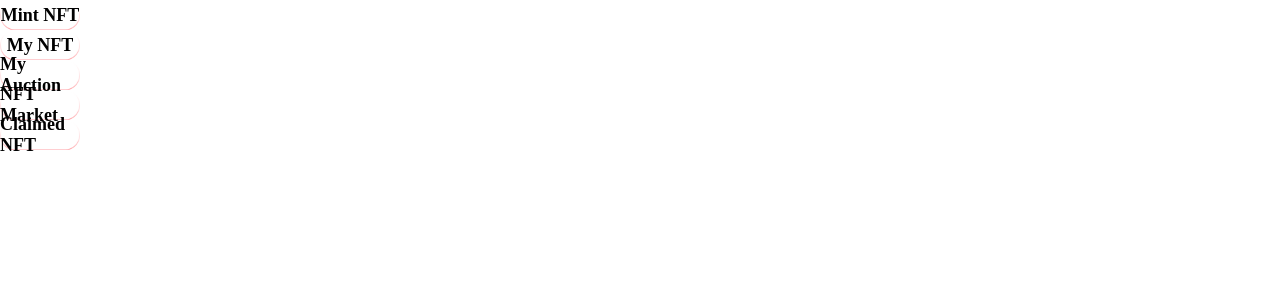
Repository: TomLei99/EnglishAuction-Resit
Page: index.html
The author's editor kept a copy of each file at every save. The page is drawn from the files as they stood at one save, then again after the next save.
The browser window is 1280 px wide. The pictures show the whole page.
The style sheet was rebuilt from its Sass, Less or Tailwind sources for each picture, by a compiler version that may differ from the author's.

Above is the page before, as saved 2023-08-05 16:14:54.

### index.html
<script>var $pageInfo = { publishmentSystemID: 1, channelID: 1, contentID: 0, siteUrl: "", homeUrl: "/home", currentUrl: "/", rootUrl: "", apiUrl: "/api" };</script>
<!DOCTYPE html
  PUBLIC "-//W3C//DTD XHTML 1.0 Transitional//EN" "http://www.w3.org/TR/xhtml1/DTD/xhtml1-transitional.dtd">
<html xmlns="http://www.w3.org/1999/xhtml">

<head>
  <meta http-equiv="Content-Type" content="text/html; charset=utf-8" />
  <title>手机端框架</title>
  <link href="css/style.css" rel="stylesheet" type="text/css" />
  <script type="text/javascript" src="js/jquery-1.9.1.min.js"></script>

<body>
  <!-- 导航 -->
  <div class="nav-box">
    <div class="nav">
      Mint NFT
    </div>
    <div class="nav">
      My NFT
    </div>
    <div class="nav">
      My Auction
    </div>
    <div class="nav">
      NFT Market
    </div>
    <div class="nav">
      Claimed NFT
    </div>
  </div>

  <!-- 页面 -->
  <div class="content-box"></div>



  <script type="text/javascript" src="js/index.js"></script>
</body>

</html>

### css/style.scss
/*reset-start*/
@charset "utf-8";

html {
    overflow-x: hidden;
    font-size: 14px;
}

body,
div,
dl,
dt,
dd,
ul,
ol,
li,
h1,
h2,
h3,
h4,
h5,
h6,
pre,
code,
form,
fieldset,
legend,
input,
button,
textarea,
p,
blockquote,
th,
td {
    margin: 0;
    padding: 0;
}

table {
    border-collapse: collapse;
    border-spacing: 0;
}

body {
    margin: 0 auto;
}

fieldset,
img {
    border: 0;
}

address,
caption,
cite,
code,
dfn,
em,
strong,
th,
var,
optgroup {
    font-style: inherit;
    font-weight: inherit;
}

del,
ins {
    text-decoration: none;
}

li {
    list-style: none;
}

caption,
th {
    text-align: left;
}

q:before,
q:after {
    content: '';
}

abbr,
acronym {
    border: 0;
    font-variant: normal;
}

input,
button,
textarea,
select,
optgroup,
option {
    font-size: inherit;
    font-style: inherit;
    font-weight: inherit;
}

input,
button,
textarea,
select {
    font-size: 100%;
}

input,
select {
    vertical-align: middle;
}

body {
    font: 12px/1.231;
}

select,
input,
button,
textarea,
button {
    font: 99%;
}

table {
    font-size: inherit;
    font: 100%;
    border-collapse: collapse;
}

pre,
code,
kbd,
samp,
tt {
    font-size: 108%;
    line-height: 100%;
}

/*title*/
h1 {
    font-size: 32px;
}

h2 {
    font-size: 26px;
}

h3 {
    font-size: 20px;
}

h4 {
    font-size: 14px;
}

h5 {
    font-size: 12px;
}

h6 {
    font-size: 10px;
}

a {
    color: #666;
    text-decoration: none;
}

/*for ie f6n.net*/
a:focus {
    outline: 0;
}

/*for ff f6n.net*/
a:hover {
    text-decoration: none;
}

p {
    text-align: justify;
    text-justify: inter-ideograph;
    white-space: normal;
}

.vam {
    vertical-align: middle;
}

.clear {
    clear: both;
    height: 0;
    line-height: 0;
    font-size: 0;
    overflow: hidden;
}

.tr {
    text-align: right;
}

.tl {
    text-align: left;
}

.pr {
    position: relative;
}

.pa {
    position: absolute;
}

.center {
    text-align: center;
}

.fl {
    float: left;
}

.fr {
    float: right;
}

.ys3 {
    opacity: 0.3;
}

.ys5 {
    opacity: 0.5;
}

.fz30 {
    font-size: 3.0vw;
}

/*英文小标题24px*/
.fz35 {
    font-size: 3.5vw;
}

/*正文字体28px*/
.fz37 {
    font-size: 3.75vw;
}

/*小标题30px*/
.fz75 {
    font-size: 7.5vw;
}

/*大标题60px*/

.t1s {
    -webkit-transition: all 1s;
    -moz-transition: all 1s;
    -o-transition: all 1s;
    transition: all 1s;
}

.tt {
    -webkit-transition: all 1s;
    -moz-transition: all 1s;
    -o-transition: all 1s;
    transition: all 1s;
}

.tt img {
    -webkit-transition: all 1s;
    -moz-transition: all 1s;
    -o-transition: all 1s;
    transition: all 1s;
}

.yy img {
    -moz-box-shadow: 0px 0px 20px 1px #8c8883;
    box-shadow: 0px 0px 20px 1px #8c8883;
}

/*居中内容*/
.center-box {
    width: 1434px;
    margin: 0 auto;
}


/* 导航 */
.nav-box {

    .nav {
        width: 80px;
        height: 30px;
        font-size: 18px;
        font-weight: 600;
        color: #000000;
        display: flex;
        justify-content: center;
        align-items: center;
        background: url(/images/nav-bg.png) no-repeat center center;
        background-size: 100%;
    }
}


/* 页面布局 */

Loaded but not shown: js/jquery-1.9.1.min.js (library); js/index.js (no stored copy; drawn as an empty file)

After the next save:
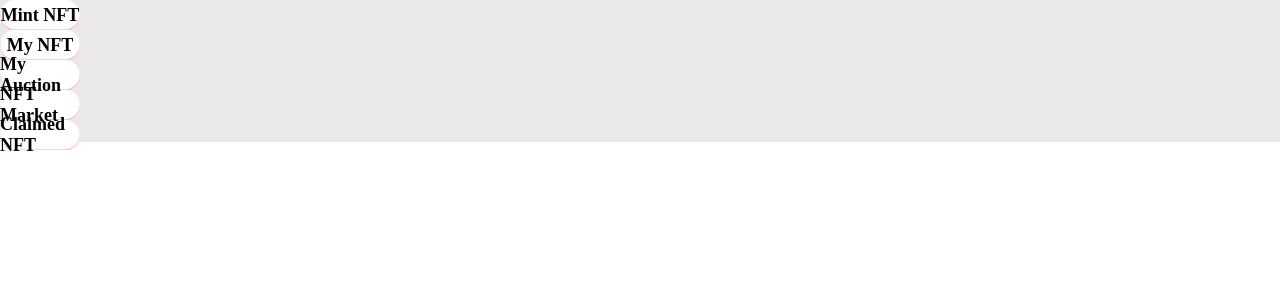
Saved 36 s later.
--- a/css/style.scss
+++ b/css/style.scss
@@ -289,6 +289,9 @@
 
 /* 导航 */
 .nav-box {
+    width: 100%;
+    height: 142px;
+    background: #EBE8EB;
 
     .nav {
         width: 80px;
